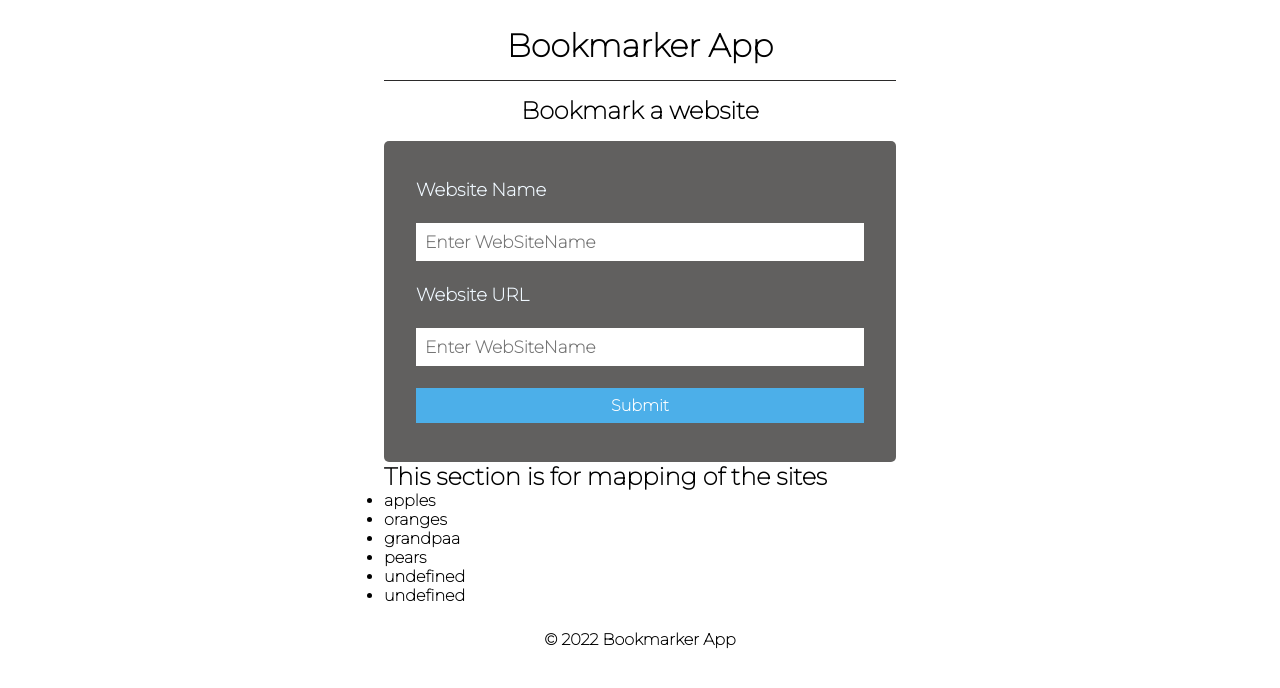
Repository: Suporl9/BookMarkerApp
Page: index.html
These files come from the project's save history. The page is drawn as it stood at one moment and after the next save; the edit follows.
The browser window is 1280 px wide. The pictures show the whole page.

Above is the page before, as saved 2021-11-23 19:45:16.

After the next save:
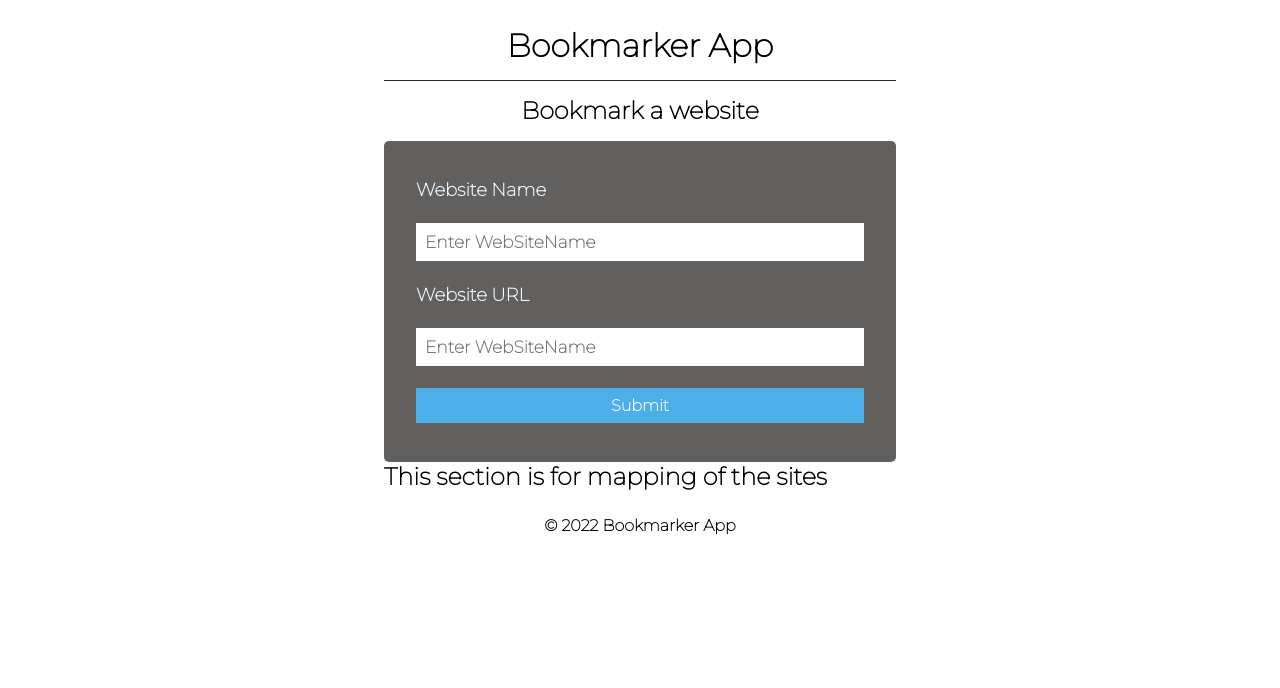
Saved 75 s later.
--- a/main.js
+++ b/main.js
@@ -62,19 +62,21 @@ console.log("hello", JSON.parse(hello));
 // console.log("...arrayfordata", ...arrayForData);
 
 // let ulclass = document.querySelector(".ulclass");
-var fruits = [
-  { name: "apples" },
-  { name: "oranges" },
-  { name: "grandpaa" },
-  { name: "pears" },
-  "Pineapples",
-  "Mangos",
-];
-var listOfFruits = [];
-var list = document.getElementById("list");
+// var fruits = [
+//   { name: "apples" },
+//   { name: "oranges" },
+//   { name: "grandpaa" },
+//   { name: "pears" },
+//   "Pineapples",
+//   "Mangos",
+// ];
+// var listOfFruits = [];
+// var list = document.getElementById("list");
 
-fruits.forEach(function (element) {
-  listOfFruits.push("<li>" + element.name + "</li>");
-});
+// fruits.forEach(function (element) {
+//   listOfFruits.push("<li>" + element.name + "</li>");
+// });
 
-list.innerHTML = listOfFruits.join("");
+// list.innerHTML = listOfFruits.join("");
+let toBeRenderedArrayList = [];
+let listt = document.getElementById("ullist");
